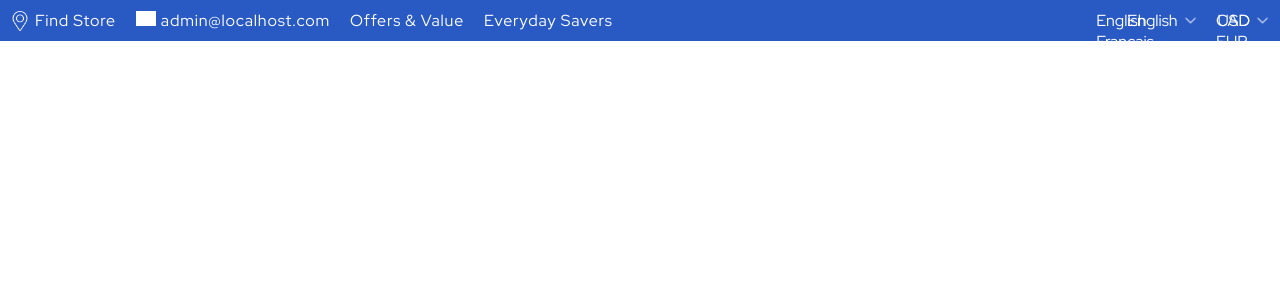
Repository: ldminh95/demo01
Page: index.html
The author's editor kept a copy of each file at every save. The page is drawn from the files as they stood at one save, then again after the next save.
The browser window is 1280 px wide. The pictures show the whole page.
Pictures or frames that could not be fetched are drawn as grey boxes.

Above is the page before, as saved 2023-09-17 16:42:43.

After the next save:
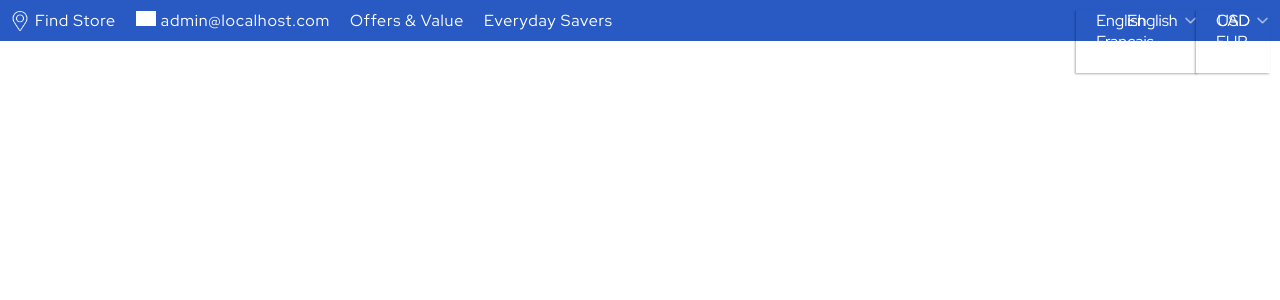
Saved 44 s later.
--- a/css/top.css
+++ b/css/top.css
@@ -53,7 +53,7 @@
     position: absolute;
     top: 0;
     right: 0;
-    box-shadow: 0 0 0 rgb(0, 0, 0);
+    box-shadow: -1px 1px 2px rgb(0 0 0 / 31%);
 }
 .hd_right span::before {
     content: "";
